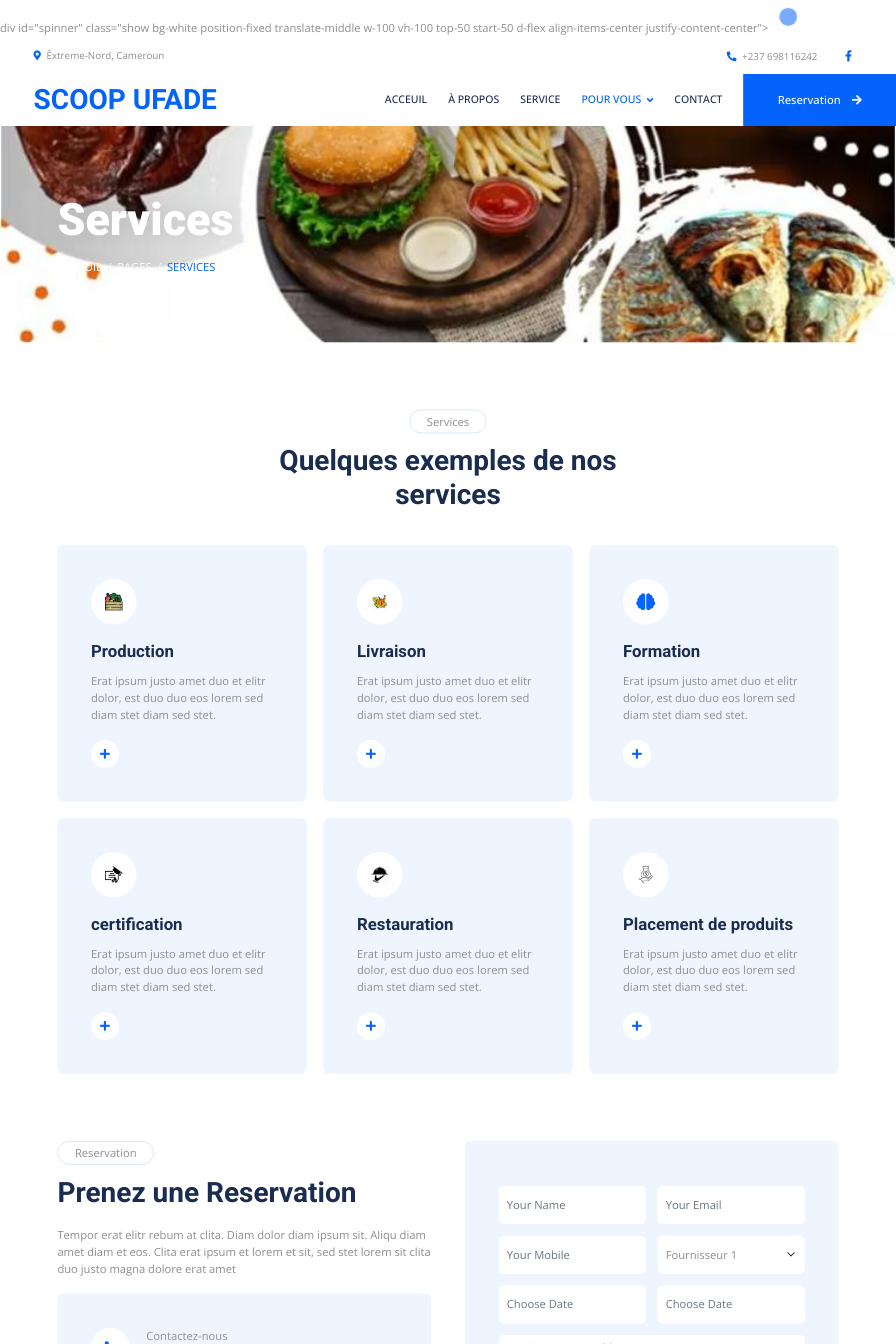
Repository: ryantido/scoop-ufade
Page: service.html
These files come from the project's save history. The page is drawn as it stood at one moment and after the next save; the edit follows.
The browser window is 1280 px wide. The pictures show the part of the page from y = 0 to 1920 px (the page is 3244 px tall), at 70% of full size.
Some web libraries are served in a nearby version.

Above is the page before, as saved 2025-04-20 11:23:41.

### service.html
<!DOCTYPE html>
<html lang="en">

<head>
    <meta charset="utf-8">
    <title>SCOOP UFADE</title>
    <meta content="width=device-width, initial-scale=1.0" name="viewport">
    <meta content="" name="keywords">
    <meta content="" name="description">

    <link href="img/favicon.ico" rel="icon">

    <link rel="preconnect" href="https://fonts.googleapis.com">
    <link rel="preconnect" href="https://fonts.gstatic.com" crossorigin>
    <link href="https://fonts.googleapis.com/css2?family=Open+Sans:wght@400;500&family=Roboto:wght@500;700;900&display=swap" rel="stylesheet">

    <link href="https://cdnjs.cloudflare.com/ajax/libs/font-awesome/5.10.0/css/all.min.css" rel="stylesheet">
    <link href="https://cdn.jsdelivr.net/npm/bootstrap-icons@1.4.1/font/bootstrap-icons.css" rel="stylesheet">

    <link href="lib/animate/animate.min.css" rel="stylesheet">
    <link href="lib/owlcarousel/assets/owl.carousel.min.css" rel="stylesheet">
    <link href="lib/tempusdominus/css/tempusdominus-bootstrap-4.min.css" rel="stylesheet" />

    <link href="css/bootstrap.min.css" rel="stylesheet">

    <link href="css/style.css" rel="stylesheet">
</head>

<body>
    div id="spinner" class="show bg-white position-fixed translate-middle w-100 vh-100 top-50 start-50 d-flex align-items-center justify-content-center">
        <div class="spinner-grow text-primary" style="width: 3rem; height: 3rem;" role="status">
            <span class="sr-only">Loading...</span>
        </div>
    </div

    <div class="container-fluid bg-light p-0 wow fadeIn" data-wow-delay="0.1s">
        <div class="row gx-0 d-none d-lg-flex">
            <div class="col-lg-7 px-5 text-start">
                <div class="h-100 d-inline-flex align-items-center py-3 me-4">
                    <small class="fa fa-map-marker-alt text-primary me-2"></small>
                    <small>&Ecirc;xtreme-Nord, Cameroun</small>
                </div>
            </div>
            <div class="col-lg-5 px-5 text-end">
                <div class="h-100 d-inline-flex align-items-center py-3 me-4">
                    <small class="fa fa-phone-alt text-primary me-2"></small>
                    <small>+237 698116242</small>
                </div>
                <div class="h-100 d-inline-flex align-items-center">
                    <a class="btn btn-sm-square rounded-circle bg-white text-primary me-1" href="https://m.facebook.com/profile.php/?id=100088216677856&name=xhp_nt__fb__action__open_user"><i class="fab fa-facebook-f"></i></a>
                </div>
            </div>
        </div>
    </div>

    <nav class="navbar navbar-expand-lg bg-white navbar-light sticky-top p-0 wow fadeIn" data-wow-delay="0.1s">
        <a href="index.html" class="navbar-brand d-flex align-items-center px-4 px-lg-5">
            <h1 class="m-0 text-primary">SCOOP UFADE</h1>
        </a>
        <button type="button" class="navbar-toggler me-4" data-bs-toggle="collapse" data-bs-target="#navbarCollapse">
            <span class="navbar-toggler-icon"></span>
        </button>
        <div class="collapse navbar-collapse" id="navbarCollapse">
            <div class="navbar-nav ms-auto p-4 p-lg-0">
                <a href="index.html" class="nav-item nav-link">Acceuil</a>
                <a href="about.html" class="nav-item nav-link">&Agrave; propos</a>
                <a href="service.html" class="nav-item nav-link">Service</a>
                <div class="nav-item dropdown">
                    <a href="#" class="nav-link dropdown-toggle active" data-bs-toggle="dropdown">Pour Vous</a>
                    <div class="dropdown-menu rounded-0 rounded-bottom m-0">
                        <a href="404.html" class="dropdown-item">Produits</a>
                        <a href="appointment.html" class="dropdown-item active">Reservation</a>
                    </div>
                </div>
                <a href="contact.html" class="nav-item nav-link">Contact</a>
            </div>
            <a href="appointment.html" class="btn btn-primary rounded-0 py-4 px-lg-5 d-none d-lg-block">Reservation<i class="fa fa-arrow-right ms-3"></i></a>
        </div>
    </nav>

    <div class="container-fluid page-header3 py-5 mb-5 wow fadeIn" data-wow-delay="0.1s">
        <div class="container py-5">
            <h1 class="display-3 text-white mb-3 animated slideInDown">Services</h1>
            <nav aria-label="breadcrumb animated slideInDown">
                <ol class="breadcrumb text-uppercase mb-0">
                    <li class="breadcrumb-item"><a class="text-white" href="index.html">Acceuil</a></li>
                    <li class="breadcrumb-item"><a class="text-white" href="#">Pages</a></li>
                    <li class="breadcrumb-item text-primary active" aria-current="page">Services</li>
                </ol>
            </nav>
        </div>
    </div>

    <div class="container-xxl py-5">
        <div class="container">
            <div class="text-center mx-auto mb-5 wow fadeInUp" data-wow-delay="0.1s" style="max-width: 600px;">
                <p class="d-inline-block border rounded-pill py-1 px-4">Services</p>
                <h1>Quelques exemples de nos services</h1>
            </div>
            <div class="row g-4">
                <div class="col-lg-4 col-md-6 wow fadeInUp" data-wow-delay="0.1s">
                    <div class="service-item bg-light rounded h-100 p-5">
                        <div class="d-inline-flex align-items-center justify-content-center bg-white rounded-circle mb-4" style="width: 65px; height: 65px;">
                            <img class="fa fa-heartbeat text-primary fs-4" src="img/th.jpg" style="height: 25px; right: 25px;"></img>
                        </div>
                        <h4 class="mb-3">Production</h4>
                        <p class="mb-4">Erat ipsum justo amet duo et elitr dolor, est duo duo eos lorem sed diam stet diam sed stet.</p>
                        <a class="btn" href=""><i class="fa fa-plus text-primary me-3"></i>Savoir plus</a>
                    </div>
                </div>
                <div class="col-lg-4 col-md-6 wow fadeInUp" data-wow-delay="0.3s">
                    <div class="service-item bg-light rounded h-100 p-5">
                        <div class="d-inline-flex align-items-center justify-content-center bg-white rounded-circle mb-4" style="width: 65px; height: 65px;">
                            <img class="fa fa-x-ray text-primary fs-4" src="img/tht.jpg" style="height: 25px; right: 25px;"></img>
                        </div>
                        <h4 class="mb-3">Livraison</h4>
                        <p class="mb-4">Erat ipsum justo amet duo et elitr dolor, est duo duo eos lorem sed diam stet diam sed stet.</p>
                        <a class="btn" href=""><i class="fa fa-plus text-primary me-3"></i>Savoir plus</a>
                    </div>
                </div>
                <div class="col-lg-4 col-md-6 wow fadeInUp" data-wow-delay="0.5s">
                    <div class="service-item bg-light rounded h-100 p-5">
                        <div class="d-inline-flex align-items-center justify-content-center bg-white rounded-circle mb-4" style="width: 65px; height: 65px;">
                            <i class="fa fa-brain text-primary fs-4"></i>
                        </div>
                        <h4 class="mb-3">Formation</h4>
                        <p class="mb-4">Erat ipsum justo amet duo et elitr dolor, est duo duo eos lorem sed diam stet diam sed stet.</p>
                        <a class="btn" href=""><i class="fa fa-plus text-primary me-3"></i>Savoir plus</a>
                    </div>
                </div>
                <div class="col-lg-4 col-md-6 wow fadeInUp" data-wow-delay="0.1s">
                    <div class="service-item bg-light rounded h-100 p-5">
                        <div class="d-inline-flex align-items-center justify-content-center bg-white rounded-circle mb-4" style="width: 65px; height: 65px;">
                            <img class="fa fa-wheelchair text-primary fs-4" src="img/cert.jpg" style="height: 25px; right: 25px;"></img>
                        </div>
                        <h4 class="mb-3">certification</h4>
                        <p class="mb-4">Erat ipsum justo amet duo et elitr dolor, est duo duo eos lorem sed diam stet diam sed stet.</p>
                        <a class="btn" href=""><i class="fa fa-plus text-primary me-3"></i>Savoir plus</a>
                    </div>
                </div>
                <div class="col-lg-4 col-md-6 wow fadeInUp" data-wow-delay="0.3s">
                    <div class="service-item bg-light rounded h-100 p-5">
                        <div class="d-inline-flex align-items-center justify-content-center bg-white rounded-circle mb-4" style="width: 65px; height: 65px;">
                            <img class="fa fa-tooth text-primary fs-4" src="img/rest.jpg" style="height: 25px; right: 25px;"></img>
                        </div>
                        <h4 class="mb-3">Restauration</h4>
                        <p class="mb-4">Erat ipsum justo amet duo et elitr dolor, est duo duo eos lorem sed diam stet diam sed stet.</p>
                        <a class="btn" href=""><i class="fa fa-plus text-primary me-3"></i>Savoir plus</a>
                    </div>
                </div>
                <div class="col-lg-4 col-md-6 wow fadeInUp" data-wow-delay="0.5s">
                    <div class="service-item bg-light rounded h-100 p-5">
                        <div class="d-inline-flex align-items-center justify-content-center bg-white rounded-circle mb-4" style="width: 65px; height: 65px;">
                            <img class="fa fa-vials text-primary fs-4" src="img/grab.png" style="height: 25px; right: 25px;"></img>
                        </div>
                        <h4 class="mb-3">Placement de produits</h4>
                        <p class="mb-4">Erat ipsum justo amet duo et elitr dolor, est duo duo eos lorem sed diam stet diam sed stet.</p>
                        <a class="btn" href=""><i class="fa fa-plus text-primary me-3"></i>Savoir plus</a>
                    </div>
                </div>
            </div>
        </div>
    </div>

    <div class="container-xxl py-5">
        <div class="container">
            <div class="row g-5">
                <div class="col-lg-6 wow fadeInUp" data-wow-delay="0.1s">
                    <p class="d-inline-block border rounded-pill py-1 px-4">Reservation</p>
                    <h1 class="mb-4">Prenez une Reservation</h1>
                    <p class="mb-4">Tempor erat elitr rebum at clita. Diam dolor diam ipsum sit. Aliqu diam amet diam et eos. Clita erat ipsum et lorem et sit, sed stet lorem sit clita duo justo magna dolore erat amet</p>
                    <div class="bg-light rounded d-flex align-items-center p-5 mb-4">
                        <div class="d-flex flex-shrink-0 align-items-center justify-content-center rounded-circle bg-white" style="width: 55px; height: 55px;">
                            <i class="fa fa-phone-alt text-primary"></i>
                        </div>
                        <div class="ms-4">
                            <p class="mb-2">Contactez-nous</p>
                            <h5 class="mb-0">+237 698116242</h5>
                        </div>
                    </div>
                    <div class="bg-light rounded d-flex align-items-center p-5">
                        <div class="d-flex flex-shrink-0 align-items-center justify-content-center rounded-circle bg-white" style="width: 55px; height: 55px;">
                            <i class="fa fa-envelope-open text-primary"></i>
                        </div>
                        <div class="ms-4">
                            <p class="mb-2">Joignez-nous</p>
                            <h5 class="mb-0">Scoop_Ufade@gmail.com</h5>
                        </div>
                    </div>
                </div>
                <div class="col-lg-6 wow fadeInUp" data-wow-delay="0.5s">
                    <div class="bg-light rounded h-100 d-flex align-items-center p-5">
                        <form>
                            <div class="row g-3">
                                <div class="col-12 col-sm-6">
                                    <input type="text" class="form-control border-0" placeholder="Your Name" style="height: 55px;" required>
                                </div>
                                <div class="col-12 col-sm-6">
                                    <input type="email" class="form-control border-0" placeholder="Your Email" style="height: 55px;" required>
                                </div>
                                <div class="col-12 col-sm-6">
                                    <input type="text" class="form-control border-0" placeholder="Your Mobile" style="height: 55px;" required>
                                </div>
                                <div class="col-12 col-sm-6">
                                    <select class="form-select border-0" style="height: 55px;">
                                        <option selected>Fournisseur 1</option>
                                        <option value="1">Fournisseur 2</option>
                                        <option value="2">Fournisseur 3</option>
                                        <option value="3">Fournisseur 4</option>
                                    </select>
                                </div>
                                <div class="col-12 col-sm-6">
                                    <div class="date" id="date" data-target-input="nearest">
                                        <input type="text"
                                            class="form-control border-0 datetimepicker-input"
                                            placeholder="Choose Date" data-target="#date" data-toggle="datetimepicker" style="height: 55px;">
                                    </div>
                                </div>
                                <div class="col-12 col-sm-6">
                                    <div class="time" id="time" data-target-input="nearest">
                                        <input type="text"
                                            class="form-control border-0 datetimepicker-input"
                                            placeholder="Choose Date" data-target="#time" data-toggle="datetimepicker" style="height: 55px;">
                                    </div>
                                </div>
                                <div class="col-12">
                                    <textarea class="form-control border-0" rows="5" placeholder="Decrivez votre probleme"></textarea>
                                </div>
                                <div class="col-12">
                                    <button class="btn btn-primary w-100 py-3" type="submit">Reservez</button>
                                </div>
                            </div>
                        </form>
                    </div>
                </div>
            </div>
        </div>
    </div>

    <div class="container-xxl py-5">
        <div class="container">
            <div class="text-center mx-auto mb-5 wow fadeInUp" data-wow-delay="0.1s" style="max-width: 600px;">
                <p class="d-inline-block border rounded-pill py-1 px-4">Temoignages</p>
                <h1>Que disent nos clients !</h1>
            </div>
            <div class="owl-carousel testimonial-carousel wow fadeInUp" data-wow-delay="0.1s">
                <div class="testimonial-item text-center">
                    <img class="img-fluid bg-light rounded-circle p-2 mx-auto mb-4" src="img/testimonial-1.jpg" style="width: 100px; height: 100px;">
                    <div class="testimonial-text rounded text-center p-4">
                        <p>Clita clita tempor justo dolor ipsum amet kasd amet duo justo duo duo labore sed sed. Magna ut diam sit et amet stet eos sed clita erat magna elitr erat sit sit erat at rebum justo sea clita.</p>
                        <h5 class="mb-1">Mme.Liliane</h5>
                        <span class="fst-italic">Agent Commercial</span>
                    </div>
                </div>
                <div class="testimonial-item text-center">
                    <img class="img-fluid bg-light rounded-circle p-2 mx-auto mb-4" src="img/testimonial-2.jpg" style="width: 100px; height: 100px;">
                    <div class="testimonial-text rounded text-center p-4">
                        <p>Clita clita tempor justo dolor ipsum amet kasd amet duo justo duo duo labore sed sed. Magna ut diam sit et amet stet eos sed clita erat magna elitr erat sit sit erat at rebum justo sea clita.</p>
                        <h5 class="mb-1">Mr.Donovan</h5>
                        <span class="fst-italic">Directeur CArrefour</span>
                    </div>
                </div>
                <div class="testimonial-item text-center">
                    <img class="img-fluid bg-light rounded-circle p-2 mx-auto mb-4" src="img/testimonial-3.jpg" style="width: 100px; height: 100px;">
                    <div class="testimonial-text rounded text-center p-4">
                        <p>Clita clita tempor justo dolor ipsum amet kasd amet duo justo duo duo labore sed sed. Magna ut diam sit et amet stet eos sed clita erat magna elitr erat sit sit erat at rebum justo sea clita.</p>
                        <h5 class="mb-1">Mr.Donald</h5>
                        <span class="fst-italic">Chef Gastronomique</span>
                    </div>
                </div>
            </div>
        </div>
    </div>

    <div class="container-fluid bg-dark text-light footer mt-5 pt-5 wow fadeIn" data-wow-delay="0.1s">
        <div class="container py-5">
            <div class="row g-5">
                <div class="col-lg-3 col-md-6">
                    <h5 class="text-light mb-4">Adresses</h5>
                    <p class="mb-2"><i class="fa fa-map-marker-alt me-3"></i>&Ecirc;xtreme-Nord, Cameroun</p>
                    <p class="mb-2"><i class="fa fa-phone-alt me-3"></i>+237 698116242</p>
                    <p class="mb-2"><i class="fa fa-envelope me-3"></i>Scoop_Ufade@gmail.com</p>
                    <div class="d-flex pt-2">
                        <a class="btn btn-outline-light btn-social rounded-circle" href="https://m.facebook.com/profile.php/?id=100088216677856&name=xhp_nt__fb__action__open_user"><i class="fab fa-facebook-f"></i></a>
                    </div>
                </div>
                <div class="col-lg-3 col-md-6">
                    <h5 class="text-light mb-4" >Liens utiles</h5>
                    <a class="btn btn-link" href="">&Agrave; propos</a>
                    <a class="btn btn-link" href="contact.html">Contactez nous</a>
                    <a class="btn btn-link" href="service.html">Service</a>
                    <a class="btn btn-link" href="#">Terms & Condition</a>
                    <a class="btn btn-link" href="#">Support</a>
                </div>
                <div class="col-lg-3 col-md-6">
                    <h5 class="text-light mb-4">Newsletter</h5>
                    <p>Inscrivez-vous, afin de recevoir des informations sur nos prochaines offres et Services</p>
                    <div class="position-relative mx-auto" style="max-width: 400px;">
                        <input class="form-control border-0 w-100 py-3 ps-4 pe-5" type="text" placeholder="Votre email">
                        <button type="button" class="btn btn-primary py-2 position-absolute top-0 end-0 mt-2 me-2">S'enregistrer</button>
                    </div>
                </div>
            </div>
        </div>
        <div class="container">
            <div class="copyright">
                <div class="row">
                    <div class="col-md-6 text-center text-md-start mb-3 mb-md-0">
                        &copy; <a class="border-bottom" href="#">SCOOP UFADE</a>, All Right Reserved.
                </div>
            </div>
        </div>
    </div>

    <a href="#" class="btn btn-lg btn-primary btn-lg-square rounded-circle back-to-top"><i class="bi bi-arrow-up"></i></a>

    <script src="https://code.jquery.com/jquery-3.4.1.min.js"></script>
    <script src="https://cdn.jsdelivr.net/npm/bootstrap@5.0.0/dist/js/bootstrap.bundle.min.js"></script>
    <script src="lib/wow/wow.min.js"></script>
    <script src="lib/easing/easing.min.js"></script>
    <script src="lib/waypoints/waypoints.min.js"></script>
    <script src="lib/counterup/counterup.min.js"></script>
    <script src="lib/owlcarousel/owl.carousel.min.js"></script>
    <script src="lib/tempusdominus/js/moment.min.js"></script>
    <script src="lib/tempusdominus/js/moment-timezone.min.js"></script>
    <script src="lib/tempusdominus/js/tempusdominus-bootstrap-4.min.js"></script>

    <script src="js/main.js"></script>
</body>

</html>

Loaded but not shown: lib/animate/animate.min.css (library); lib/owlcarousel/assets/owl.carousel.min.css (common file); lib/tempusdominus/css/tempusdominus-bootstrap-4.min.css (library); css/bootstrap.min.css (library); lib/wow/wow.min.js (library); lib/easing/easing.min.js (common file); lib/waypoints/waypoints.min.js (library); lib/owlcarousel/owl.carousel.min.js (library); lib/tempusdominus/js/moment.min.js (library); lib/tempusdominus/js/moment-timezone.min.js (library); lib/tempusdominus/js/tempusdominus-bootstrap-4.min.js (library); lib/counterup/counterup.min.js (4 lines, source omitted); js/main.js (97 lines, source omitted); css/style.css (456 lines, source omitted)

After the next save:
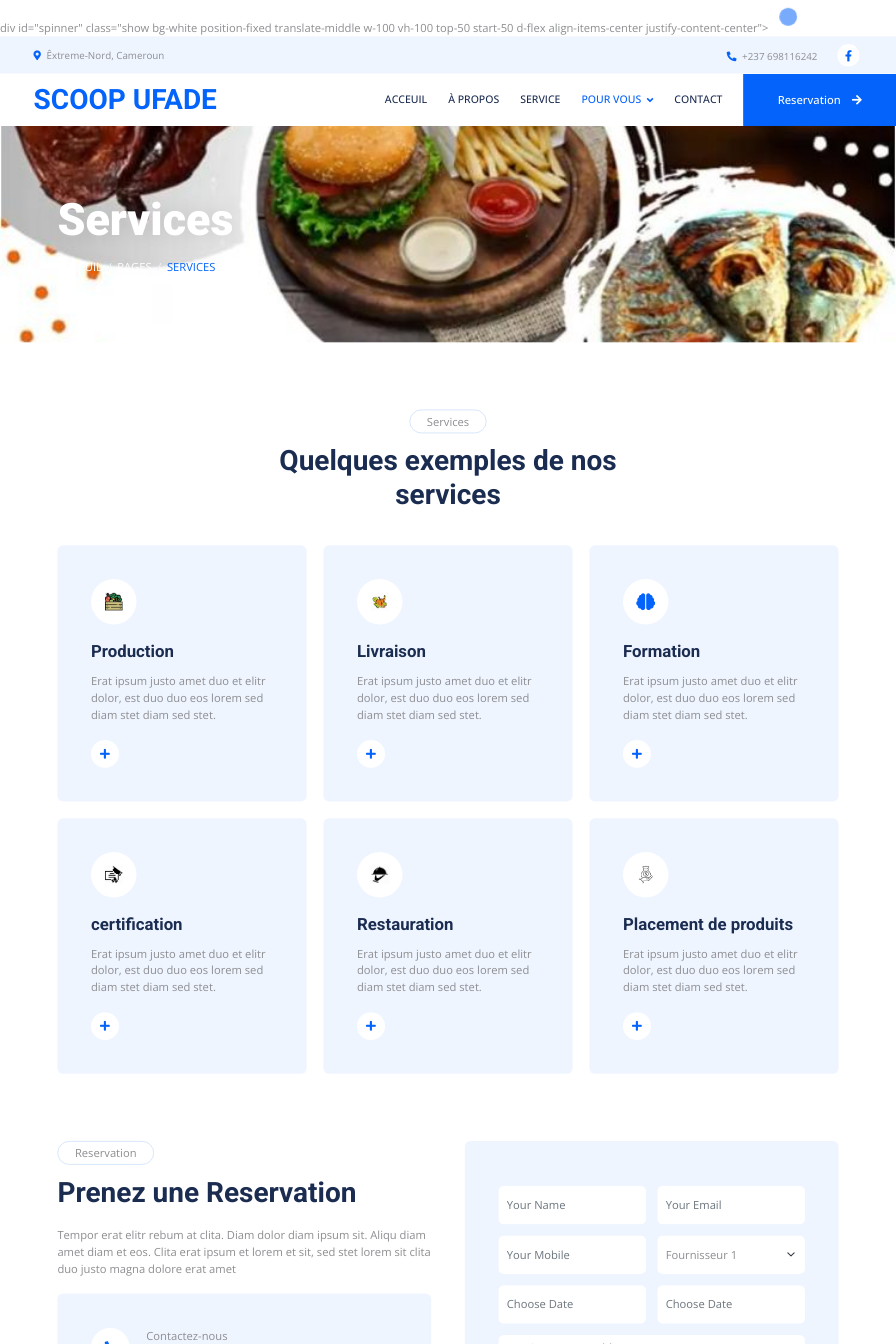
Saved 7 s later.
--- a/service.html
+++ b/service.html
@@ -31,7 +31,7 @@
         <div class="spinner-grow text-primary" style="width: 3rem; height: 3rem;" role="status">
             <span class="sr-only">Loading...</span>
         </div>
-    </div
+    </div>
 
     <div class="container-fluid bg-light p-0 wow fadeIn" data-wow-delay="0.1s">
         <div class="row gx-0 d-none d-lg-flex">
